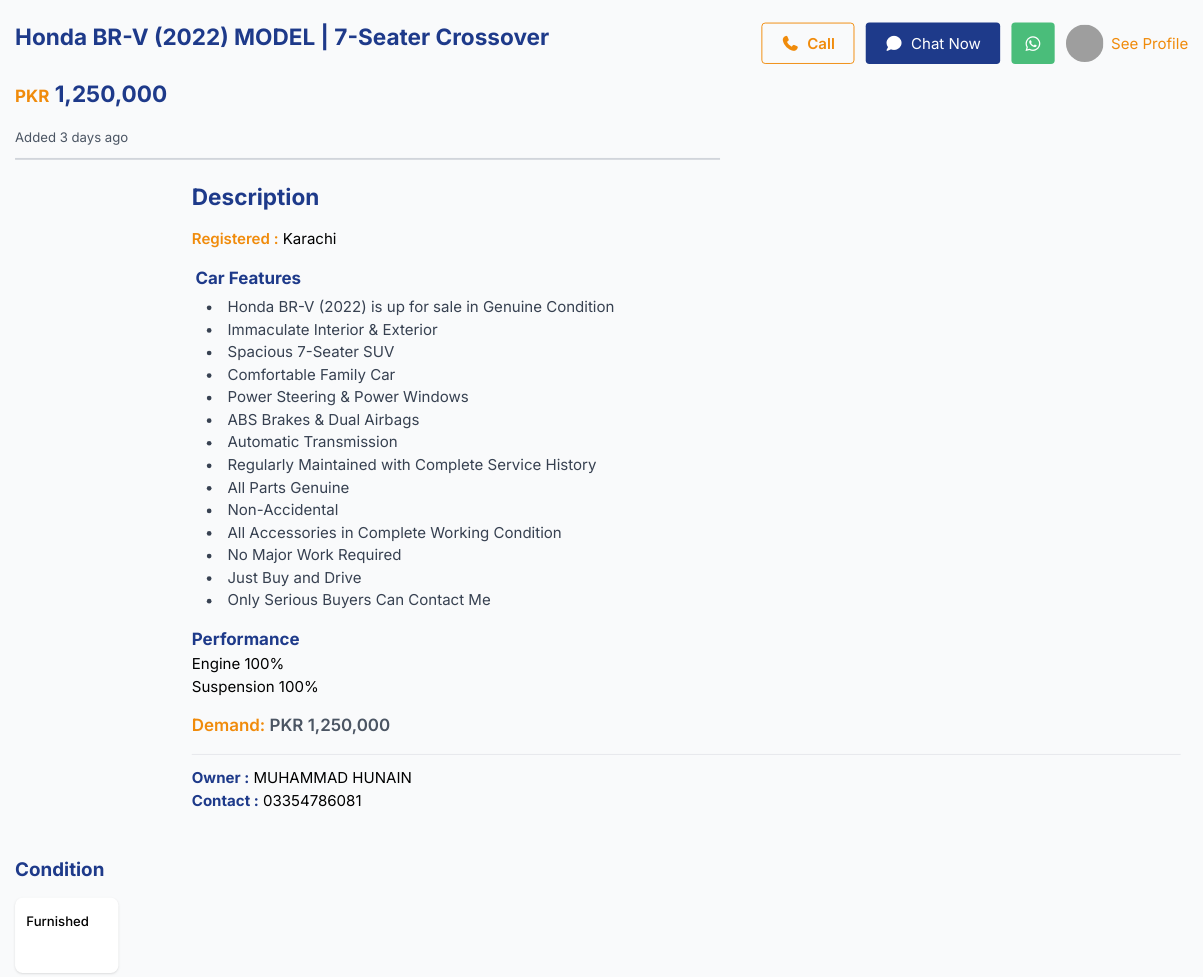
Repository: ARFA-SAEED/miljayega
Page: src/motorsPage/bikes_1.html
An editor plug-in stored every save of this project. The page is shown before and after the next save, followed by the edit.
The browser window is 1280 px wide. The pictures show the part of the page from y = 633 to 1672 px (the page is 2654 px tall), at 94% of full size.
Pictures or frames that could not be fetched are drawn as grey boxes. A picture or video elsewhere on the page could not be fetched, so the positions and the page height are approximate. Some web fonts or font styles are not loaded; a fallback is used. Some web libraries are served in a nearby version.

Above is the page before, as saved 2025-08-25 13:31:44.

### src/motorsPage/bikes_1.html
<!DOCTYPE html>
<html lang="en">

<head>
    <meta charset="utf-8" />
    <meta content="width=device-width, initial-scale=1.0" name="viewport" />
    <title>Miljaega.pk - Bikes 1</title>
    <script src="https://cdn.tailwindcss.com?plugins=forms,container-queries"></script>
    <link href="https://fonts.googleapis.com/css2?family=Inter:wght@400;500;600;700&display=swap" rel="stylesheet" />
    <link href="https://fonts.googleapis.com/css2?family=Poppins:wght@400;500;600;700&display=swap" rel="stylesheet" />
    <link href="https://fonts.googleapis.com/icon?family=Material+Icons" rel="stylesheet" />
    <link href="https://fonts.googleapis.com/css2?family=Lalezar&display=swap" rel="stylesheet">
    <link href="https://fonts.googleapis.com/css2?family=Noto+Nastaliq+Urdu&display=swap" rel="stylesheet">
    <script src="https://cdn.jsdelivr.net/npm/alpinejs@3.x.x/dist/cdn.min.js" defer></script>
    <script src="https://cdn.jsdelivr.net/npm/@tailwindcss/browser@4"></script>
    <link rel="stylesheet" href="./Css/miljaega-homepage.css">
    <!-- Font Awesome CDN -->
    <link href="https://cdnjs.cloudflare.com/ajax/libs/font-awesome/6.5.2/css/all.min.css" rel="stylesheet">

    <link rel="stylesheet" href="https://cdnjs.cloudflare.com/ajax/libs/font-awesome/7.0.0/css/all.min.css"
        integrity="sha512-DxV+EoADOkOygM4IR9yXP8Sb2qwgidEmeqAEmDKIOfPRQZOWbXCzLC6vjbZyy0vPisbH2SyW27+ddLVCN+OMzQ=="
        crossorigin="anonymous" referrerpolicy="no-referrer" />
</head>

<body class="bg-gray-50">

    <!-- Header -->
    <header class="bg-white shadow-sm fixed top-0 z-50 w-full">
        <div class="lg:mx-auto 2xl:mx-20 relative py-3 container px-4 sm:px-6">
            <div class="flex justify-between items-center py-3">
                <!-- Left: Logo -->
                <div class="flex-shrink-0">
                    <img src="../../../assets/images/logo.svg" alt="Logo" class="h-8 sm:h-10" />
                </div>

                <!-- Center Nav (Desktop) -->
                <nav
                    class="hidden xl:flex absolute 2xl:ms-[440px] left-1/2 transform -translate-x-1/2 space-x-6 text-sm font-medium text-gray-600">
                    <div class="flex justify-center mt-2">
                        <div class="inline-flex rounded-lg shadow-md bg-white overflow-hidden">
                            <a href="#"
                                class="px-6 py-3 text-sm font-medium text-white bg-blue-900 hover:bg-blue-900 transition duration-300 flex items-center">
                                <i class="fa-solid fa-list mr-2"></i> ALL
                            </a>
                            <a href="#"
                                class="px-6 py-3 text-sm font-medium text-pak-green hover:bg-[rgb(220,228,245)] flex items-center">
                                <i class="fa-solid fa-circle-plus mr-2"></i> NEW
                            </a>
                            <a href="#"
                                class="px-6 py-3 text-sm font-medium text-pak-green hover:bg-[rgb(220,228,245)] flex items-center">
                                <i class="fa-solid fa-recycle mr-2"></i> USED
                            </a>
                            <a href="#"
                                class="px-6 py-3 text-sm font-medium text-pak-green hover:bg-[rgb(220,228,245)] flex items-center">
                                <i class="fa-solid fa-key mr-2"></i> RENT
                            </a>
                            <a href="#"
                                class="px-6 py-3 text-sm font-medium text-pak-green hover:bg-[rgb(220,228,245)] flex items-center">
                                <i class="fa-solid fa-arrow-right-arrow-left mr-2"></i> Exchange
                            </a>
                        </div>
                    </div>
                </nav>

                <!-- Mobile Hamburger -->
                <button id="mobileMenuToggle" class="block xl:hidden text-gray-700 hover:text-primary-green">
                    <svg class="w-7 h-7" fill="none" stroke="currentColor" stroke-width="2" viewBox="0 0 24 24">
                        <path stroke-linecap="round" stroke-linejoin="round" d="M4 6h16M4 12h16M4 18h16"></path>
                    </svg>
                </button>
            </div>
        </div>
    </header>

    <!-- Mobile Menu -->
    <div id="mobileMenu"
        class="xl:hidden hidden bg-white shadow-md fixed top-[72px] left-0 right-0 z-40 max-h-[calc(100vh-72px)] overflow-y-auto">
        <div class="px-4 py-4 space-y-4 text-sm font-medium text-gray-700">
            <div class="flex justify-around text-center gap-2 flex-wrap">
                <a href="#" class="flex flex-col items-center gap-1 hover:text-primary-green">
                    <img src="./images/second-hand.png" class="w-6 h-6" /> Used
                </a>
                <a href="#" class="flex flex-col items-center gap-1 hover:text-primary-green">
                    <img src="./images/new.png" class="w-6 h-6" /> New
                </a>
                <a href="#" class="flex flex-col items-center gap-1 hover:text-primary-green">
                    <img src="./images/exchange.png" class="w-6 h-6" /> Exchange
                </a>
                <a href="#" class="flex flex-col items-center gap-1 hover:text-primary-green">
                    <img src="./images/rent.png" class="w-6 h-6" /> Rentals
                </a>
            </div>
        </div>
    </div>

    <!-- Spacer -->
    <div class="pt-[72px]"></div>

    <!-- Images Section -->
    <div class="container mx-auto px-4 mt-12">
        <div class="grid grid-cols-1 lg:grid-cols-2 gap-3">
            <div>
                <img class="w-full h-[250px] sm:h-[400px] lg:h-[513px] object-cover rounded-lg lg:rounded-l-[10px]"
                    src="https://auto.yugatech.com/wp-content/uploads/2022/09/2023-Honda-BRV-Main-2048x1024.jpg" alt="">
            </div>
            <div class="flex flex-col gap-3">
                <img class="w-full h-[200px] sm:h-[250px] object-cover rounded-lg lg:rounded-tr-[10px]"
                    src="https://hondaotodalat.com.vn/wp-content/uploads/2020/02/honda_BRV_hondaotovovankiet_vn_15.jpg"
                    alt="">
                <img class="w-full h-[200px] sm:h-[250px] object-cover rounded-lg lg:rounded-br-[10px]"
                    src="https://d31sro4iz4ob5n.cloudfront.net/upload/car/br-v-2024/feature/interior/br-v-2024-lhd-amplio-confort-y-versatilidad.jpg"
                    alt="">
            </div>
        </div>
    </div>

    <!-- Title & Buttons -->
    <div class="container mx-auto px-4 mt-6 flex flex-col lg:flex-row justify-between items-start gap-4">
        <h1 class="font-bold text-blue-900 text-xl lg:text-2xl">
            Honda BR-V (2022) MODEL | 7-Seater Crossover
        </h1>
        <div class="flex flex-wrap gap-3">
            <button class="border border-[#F08B0B] text-[#F08B0B] font-semibold rounded px-5 py-2 flex items-center">
                <i class="fa-solid fa-phone me-2"></i> Call
            </button>
            <button class="bg-blue-900 hover:bg-blue-800 text-white rounded px-5 py-2 flex items-center">
                <i class="fa-solid fa-comment me-2"></i> Chat Now
            </button>
            <button class="bg-[#4ABD7A] text-white rounded px-3 py-2 flex items-center">
                <i class="fa-brands fa-whatsapp text-lg"></i>
            </button>
            <div class="flex items-center gap-2">
                <img class="rounded-full h-10 w-10"
                    src="https://tse3.mm.bing.net/th/id/OIP.WpIMP_W3gb5bZ81rA-K2YgHaHa?pid=Api&P=0&h=220" alt="">
                <span class="text-[#F08B0B]">See Profile</span>
            </div>
        </div>
    </div>


    <!-- Price -->
    <div class="container mx-auto px-4 mt-4">
        <h1 class="text-blue-900 font-bold text-xl lg:text-2xl">
            <span class="text-lg text-[#F08B0B]">PKR</span> 1,250,000
        </h1>
        <p class="text-gray-600 text-sm mt-5 pb-3 border-b border-gray-300 border-b-2 w-[750px]">Added 3 days ago</p>
    </div>

    <div class=" p-6 ms-[180px] space-y-4">
        <h3 class="text-2xl font-bold text-blue-900">Description</h3>

        <p><span class="font-semibold text-[#F08B0B]">Registered :</span> Karachi</p>

        <ol class="list-style-type-non list-inside space-y-1 text-gray-700">
            <li><span class="font-bold text-lg ms-1 text-blue-900">Car Features</span></li>
            <ul class="list-disc  list-inside ml-4">
                <li>Honda BR-V (2022) is up for sale in Genuine Condition</li>
                <li>Immaculate Interior & Exterior</li>
                <li>Spacious 7-Seater SUV</li>
                <li>Comfortable Family Car</li>
                <li>Power Steering & Power Windows</li>
                <li>ABS Brakes & Dual Airbags</li>
                <li>Automatic Transmission</li>
                <li>Regularly Maintained with Complete Service History</li>
                <li>All Parts Genuine</li>
                <li>Non-Accidental</li>
                <li>All Accessories in Complete Working Condition</li>
                <li>No Major Work Required</li>
                <li>Just Buy and Drive</li>
                <li>Only Serious Buyers Can Contact Me</li>
            </ul>
        </ol>

        <div>
            <h4 class="font-bold text-blue-900 text-lg">Performance</h4>
            <p>Engine 100% <br> Suspension 100%</p>
        </div>

        <p class="text-lg font-semibold text-[#F08B0B]">Demand: <span class="text-gray-600">PKR 1,250,000</span></p>

        <div class="border-t pt-3">
            <p><span class="font-bold text-blue-900">Owner :</span> MUHAMMAD HUNAIN</p>
            <p><span class="font-bold text-blue-900 ">Contact :</span> 03354786081</p>
        </div>
    </div>


    <!-- Condition -->
    <div class="container mx-auto px-4 mt-6">
        <h1 class="text-blue-900 font-bold text-xl">Condition</h1>

        <div class=" mt-4 shadow rounded-lg h-20 w-[110px] bg-white p-3">

            <span class="text-sm font-medium">Furnished</span>
        </div>
    </div>

    <!-- Location -->
    <div class="container mx-auto px-4 mt-6">
        <h1 class="text-blue-900 font-bold text-xl mb-3">Location and nearby facilities</h1>
        <div class="flex flex-wrap gap-4 mb-5">
            <button class="flex items-center gap-2 px-4 py-2 bg-white rounded-lg shadow-md">
                <i class="fa-solid fa-border-all text-[#F08B0B]"></i> All
            </button>
            <button class="flex items-center gap-2 px-4 py-2 bg-white rounded-lg shadow-md">
                <i class="fa-solid fa-school text-[#F08B0B]"></i> School
            </button>
            <button class="flex items-center gap-2 px-4 py-2 bg-white rounded-lg shadow-md">
                <i class="fa-solid fa-hospital text-[#F08B0B]"></i> Hospitals
            </button>
            <button class="flex items-center gap-2 px-4 py-2 bg-white rounded-lg shadow-md">
                <i class="fa-solid fa-utensils text-[#F08B0B]"></i> Restaurant
            </button>
        </div>
        <img src="https://png.pngtree.com/png-clipart/20230315/original/pngtree-map-location-pin-with-red-png-image_8989833.png"
            class="h-[300px] sm:h-[400px] mx-auto" alt="">
    </div>
    <footer class="bg-[#0C3168] text-white">
        <div class="container mx-auto px-4 sm:px-6 lg:px-8 py-10">

            <!-- ✅ Mobile/Tablet (sm, md, lg): 2 Rows Layout -->
            <div class="flex  flex-wrap gap-8 lg:hidden">
                <!-- Row 1: ABOUT US + MY ACCOUNT -->
                <div class="w-full flex   gap-8">
                    <!-- ABOUT US -->
                    <div class="w-full ms-10 md:ms-0 sm:w-1/2 text-left">
                        <ul class="leading-10">
                            <li class="font-bold text-xl mb-3">ABOUT US</li>
                            <li>FAQ</li>
                            <li>Anti Scam</li>
                            <li>Term of use</li>
                            <li>Privacy Policy</li>
                            <li>Contact Us</li>
                            <li>Sitemap</li>
                        </ul>
                    </div>
                    <!-- MY ACCOUNT -->
                    <div class="w-full ms-20 md:ms-60 sm:w-1/2 text-left">
                        <ul class="leading-10">
                            <li class="font-bold text-xl mb-3">MY ACCOUNT</li>
                            <li>Login</li>
                            <li>Register</li>
                        </ul>
                    </div>
                </div>

                <!-- Row 2: Miljaega + Social -->
                <div class="w-full flex gap-8 mt-5">
                    <!-- Miljaega -->
                    <div class="w-full sm:w-1/2 ms-10 md:ms-0 text-left">
                        <ul class="leading-10">
                            <li class="font-bold text-xl mb-3">Miljaega</li>
                            <li>Inspected by miljaega</li>
                            <li>Featured by miljaega</li>
                            <li>Recomended by miljaega</li>
                        </ul>
                    </div>
                    <!-- Social -->
                    <div class="w-full ms-20 md:ms-60  sm:w-1/2 text-left leading-15">
                        <ul>
                            <li class="font-bold text-xl  mb-3">FOLLOW US</li>
                        </ul>
                        <div class=" ms-8 md:ms-0 sm:flex-wrap md:flex mt-3 gap-5">
                            <img src="../../assets/images/fb.svg" class="h-10" alt="">
                            <img src="../../assets/images/insta.svg" class="h-10" alt="">
                            <img src="../../assets/images/twitter.svg" class="h-10" alt="">
                            <img src="../../assets/images/youtube.svg" class="h-10" alt="">
                        </div>
                    </div>
                </div>
            </div>

            <!-- ✅ XL and Up: Original 4-column Layout -->
            <div class="hidden lg:block lg:flex lg:justify-between xl:gap-8">
                <!-- ABOUT US -->
                <div class="w-full sm:w-1/2 xl:w-auto mb-5 xl:mb-0  xl:text-left">
                    <ul class="leading-10">
                        <li class="font-bold text-xl mb-3">ABOUT US</li>
                        <li>FAQ</li>
                        <li>Anti Scam</li>
                        <li>Term of use</li>
                        <li>Privacy Policy</li>
                        <li>Contact Us</li>
                        <li>Sitemap</li>
                    </ul>
                </div>
                <!-- MY ACCOUNT -->
                <div class="w-full sm:w-1/2 xl:w-auto text-left mb-5 xl:mb-0">
                    <ul class="leading-10">
                        <li class="font-bold text-xl mb-3">MY ACCOUNT</li>
                        <li>Login</li>
                        <li>Register</li>
                    </ul>
                </div>
                <!-- Miljaega -->
                <div class="w-full sm:w-1/2 xl:w-auto mb-5 xl:mb-0 text-left">
                    <ul class="leading-10">
                        <li class="font-bold text-xl mb-3">Miljaega</li>
                        <li>Inspected by miljaega</li>
                        <li>Featured by miljaega</li>
                        <li>Recomended by miljaega</li>
                    </ul>
                </div>
                <!-- Social -->
                <div class="w-full sm:w-1/2 xl:w-auto text-left mb-5 xl:mb-0 leading-15">
                    <ul>
                        <li class="font-bold text-xl mb-3">FOLLOW US</li>
                    </ul>
                    <div class="flex  ustify-start mt-3 gap-5">
                        <img src="../../assets/images/fb.svg" class="h-10" alt="">
                        <img src="../../assets/images/insta.svg" class="h-10" alt="">
                        <img src="../../assets/images/twitter.svg" class="h-10" alt="">
                        <img src="../../assets/images/youtube.svg" class="h-10" alt="">
                    </div>
                </div>
            </div>

            <!-- Footer bottom -->
            <div class="text-center border-t-2 border-white mt-10 pt-5 text-sm">
                <p>© Copyright 2025 Miljaega <br>Powered by The Tech Creators</p>
            </div>
        </div>
    </footer>

    <script>
        // Mobile menu toggle
        document.addEventListener("DOMContentLoaded", () => {
            const toggleBtn = document.getElementById("mobileMenuToggle");
            const mobileMenu = document.getElementById("mobileMenu");
            toggleBtn.addEventListener("click", () => {
                mobileMenu.classList.toggle("hidden");
            });
        });
    </script>

</body>

</html>

### assets/Css/miljaega-homepage.css
 :root {
   --primary-green: #0B6847;
 }

 body {
   font-family: 'Inter', sans-serif;
   background-color: #f8fafc;
 }

 .text-primary-green {
   color: var(--primary-green);
 }

 .bg-primary-green {
   background-color: #003E3E;
 }

 .border-primary-green {
   border-color: var(--primary-green);
 }

 .card {
   @apply bg-white rounded-lg shadow-[0_4px_6px_-1px_rgba(0, 0, 0, 0.1), 0_2px_4px_-2px_rgba(0, 0, 0, 0.1)] transition-transform duration-200;
 }

 .card:hover {
   transform: translateY(-5px);
 }

 .verified-badge {
   @apply text-blue-600 text-base;
 }


 /* Sell Button */
 ._520955ba {
   position: relative;
   overflow: hidden;
   border-radius: 4px;
 }

 header {
   z-index: 100;
 }

 .fbf39733 {
   background-color: #ffffff;
   /* Green background */
   border: none;
   cursor: pointer;
 }

 ._6257aca6 {
   object-fit: contain;
   z-index: 1;
 }


 ._948d9e0a {
   position: relative;
   z-index: 2;
 }

 ._27a68d65 {
   display: flex;
   align-items: center;
 }

 .b2e0090c {
   padding: 8px 16px;
 }

 ._371e9918 {
   color: white;
 }

 ._6041419a {
   margin-right: 8px;
 }

 ._8206696c {
   font-weight: 900;
 }

 .b7af14b4 {
   font-size: 12px;
 }

 .dd240920 {
   line-height: 1.5;
 }

 @import url('https://fonts.googleapis.com/css2?family=Inter:wght@300;400;500;600;700&display=swap');

 body {
   font-family: 'Inter', sans-serif;

 }

 .card-hover {
   transition: all 0.3s ease;
   box-shadow: 0 4px 6px rgba(0, 0, 0, 0.05);
 }

 .card-hover:hover {
   transform: translateY(-5px);
   box-shadow: 0 10px 25px rgba(0, 0, 0, 0.1);
 }

 .image-hover {
   transition: transform 0.5s ease;
 }

 .status-dot {
   position: absolute;
   bottom: 5px;
   right: 10px;
   width: 12px;
   height: 12px;
   background-color: #1dbf73;
   border: 2px solid white;
   border-radius: 50%;
   z-index: 10;
   box-shadow: 0 0 0 2px rgba(29, 191, 115, 0.3);
 }

 .status-pulse {
   position: absolute;
   bottom: -1px;
   right: -1px;
   width: 16px;
   height: 16px;
   background-color: rgba(29, 191, 115, 0.4);
   border-radius: 50%;
   z-index: 5;
   animation: pulse 1.5s infinite;
 }

 @keyframes pulse {
   0% {
     transform: scale(0.8);
     opacity: 0.7;
   }

   70% {
     transform: scale(1.5);
     opacity: 0;
   }

   100% {
     transform: scale(0.8);
     opacity: 0;
   }
 }

 .star-container {
   display: inline-flex;
   align-items: center;
   margin-left: -8px;
 }

 .star-full {
   color: #f2880f;
   position: relative;
 }

 .star-full::before {
   content: "★";
   position: absolute;
   color: white;
   font-size: 15px;
   top: 2px;
   left: 2px;
 }

 .star-half {
   position: relative;
   width: 20px;
   height: 20px;
 }

 .star-half-left {
   position: absolute;
   left: 0;
   width: 50%;
   height: 100%;
   background: #ff643d;
   border-top-left-radius: 3px;
   border-bottom-left-radius: 3px;
 }

 .star-half-right {
   position: absolute;
   right: 0;
   width: 50%;
   height: 100%;
   background: rgba(200, 201, 202, 0.48);
   border-top-right-radius: 3px;
   border-bottom-right-radius: 3px;
 }

 .star-half::before {
   content: "★";
   position: absolute;
   color: white;
   font-size: 15px;
   top: 2px;
   left: 2px;
   z-index: 10;
 }

 .badge {
   transition: all 0.3s ease;
 }

 .badge:hover {
   transform: scale(1.05);
 }

 .arrow-tab {
   position: relative;
   padding: 0.75rem 2rem;
   display: flex;
   align-items: center;
   justify-content: center;
   clip-path: polygon(0 0, calc(100% - 20px) 0, 100% 50%, calc(100% - 20px) 100%, 0 100%, 20px 50%);
   margin-left: -18px;
   cursor: pointer;
   transition: all 0.2s ease;
 }

 .arrow-tab:first-child {
   clip-path: polygon(0 0, calc(100% - 20px) 0, 100% 50%, calc(100% - 20px) 100%, 0 100%);
   margin-left: 0;
   padding-left: 3rem;
 }

 .arrow-tab.active {
   background-color: #1e3a8a;
   /* Tailwind's blue-900 */
   color: white;
   z-index: 10;
 }

 .arrow-tab:not(.active):hover {
   background-color: #ced8f3;
   /* Light gray on hover */
 }

 @media (min-width: 1024px) and (max-width: 1028px) {
   .custom-mt {
     margin-top: 10px;
     /* Equivalent to mt-9 */
   }
 }

 .thumbnail {
   transition: all 0.2s ease;
 }

 .thumbnail:hover {
   transform: scale(1.05);
   box-shadow: 0 0 5px rgba(59, 130, 246, 0.5);
 }

 #main-image {
   transition: opacity 0.3s ease;
 }



 .scrollbar-hide::-webkit-scrollbar {
   display: none;
 }

 .scrollbar-hide {
   -ms-overflow-style: none;
   scrollbar-width: none;
 }

 .search-dropdown {
   display: none;
   position: absolute;
   top: 100%;
   /* directly below input */
   left: 0;
   width: 100%;
   max-height: 400px;
   overflow-y: auto;
   /* only scroll when necessary */
   z-index: 999999;
   /* way above all site content */
   background: white;
   border: 1px solid #e5e7eb;
   border-radius: 0.5rem;
   box-shadow: 0 4px 6px -1px rgba(0, 0, 0, 0.1),
     0 2px 4px -1px rgba(0, 0, 0, 0.06);
 }

 .search-dropdown-section {
   padding-left: 13px;
   padding-right: 13px;
   padding-bottom: 10px;

 }

 .search-dropdown-section:last-child {
   border-bottom: none;
 }

 .search-dropdown-item {
   padding: 0.5rem;
   cursor: pointer;
   border-radius: 0.25rem;
   background-color: white;
 }

After the next save:
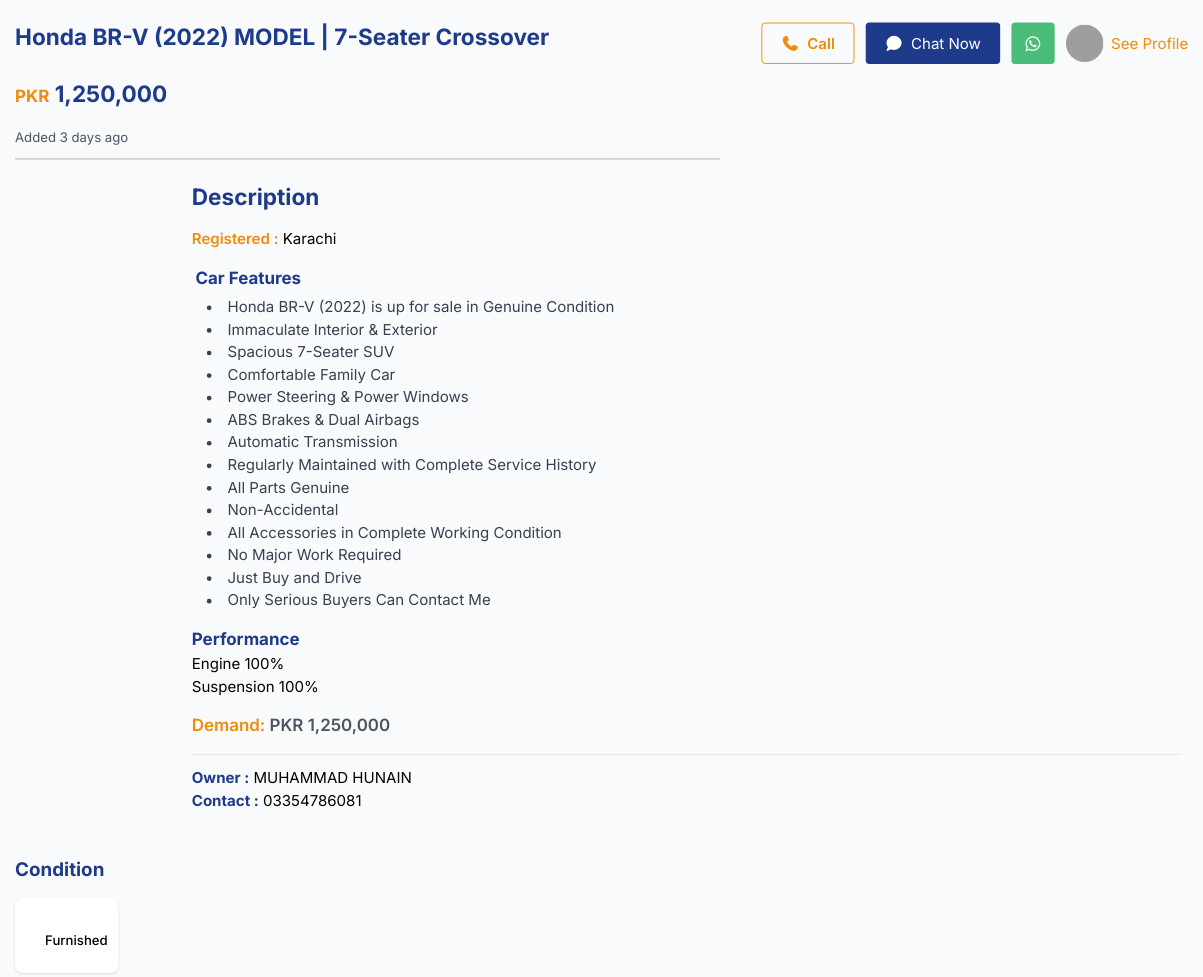
Saved 11 s later.
--- a/src/motorsPage/bikes_1.html
+++ b/src/motorsPage/bikes_1.html
@@ -189,7 +189,7 @@
     <div class="container mx-auto px-4 mt-6">
         <h1 class="text-blue-900 font-bold text-xl">Condition</h1>
 
-        <div class=" mt-4 shadow rounded-lg h-20 w-[110px] bg-white p-3">
+        <div class=" mt-4 shadow rounded-lg h-20 w-[110px] bg-white p-8">
 
             <span class="text-sm font-medium">Furnished</span>
         </div>
